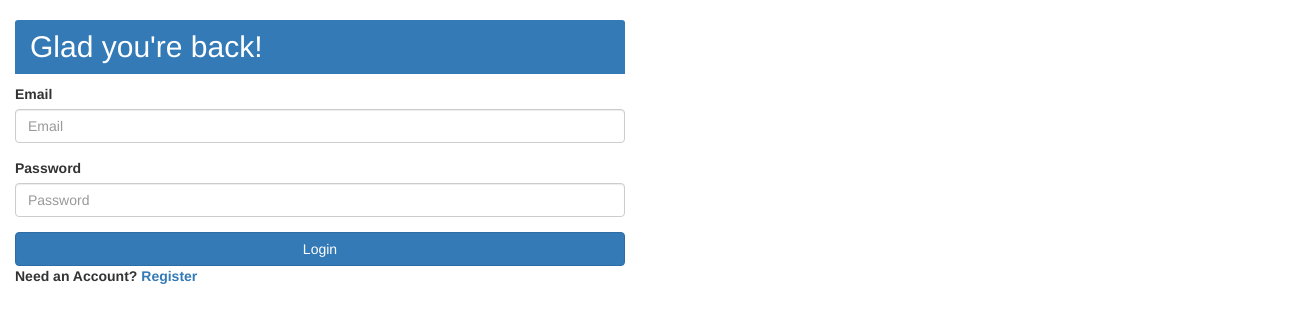
Repository: ronnydoan12345/Doan-ReimbursementProject
Page: org.revature.ERS/src/main/webapp/login.html
An editor plug-in stored every save of this project. The page is shown before and after the next save, followed by the edit.
The browser window is 1280 px wide. The page is 1280 px wide, then 1295 px, then 1280 px, so the pictures cover 1295 px, including what lies to the right of the window. The pictures show the whole page.

Above is the page before, as saved 2019-01-14 22:37:34.

After the next save:
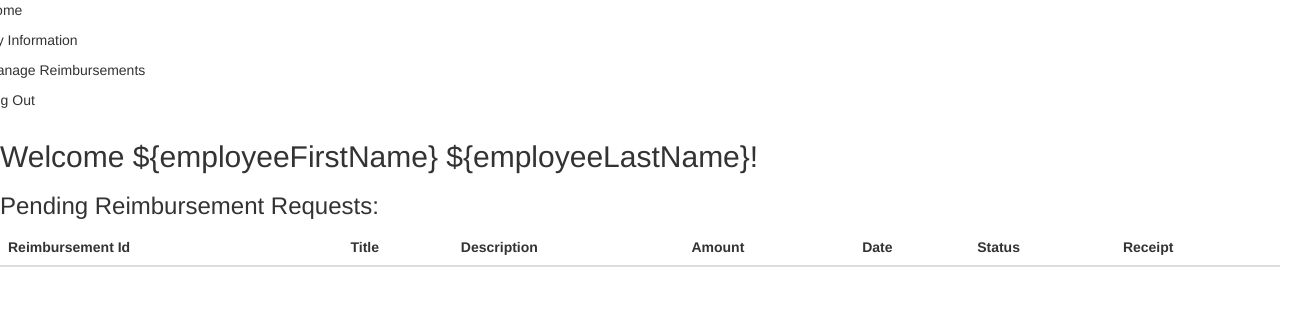
Saved 102 s later.
--- a/org.revature.ERS/src/main/webapp/login.html
+++ b/org.revature.ERS/src/main/webapp/login.html
@@ -15,23 +15,43 @@
 
 
 <body>
-    <div id="container">
-        <form class="col-md-6" id="loginForm" name="loginForm">
-            <div class="panel-primary">
-                <h2 class="loginCenter panel-heading">Glad you're back!</h2>
+    <nav id="employeeNav">
+        <div class="row">
+            <div class="col-md">
+                <p id="employeeHome" onclick="employeeLogin()">Home</p>
             </div>
-            <div class="form-group">
-                <label for="email">Email</label>
-                <input type="text" id="email" name="email" class="form-control" placeholder="Email" />
+            <div class="col-md">
+                <p id="employeeInformation" onclick="employeeManageInformation()">My Information</p>
             </div>
-            <div class="form-group">
-                <label for="password">Password</label>
-                <input type="password" id="password" name="password" class="form-control" placeholder="Password" />
+            <div class="col-md">
+                <p id="employeeReimbursements" onclick="employeeManageReimbursements()">Manage Reimbursements</p>
             </div>
-			<button type="button" id="login" onclick="getLoginData()" class="col-md-12 btn btn-primary">Login</button>
-            <label>Need an Account?<a href="#" onclick="openRegisterForm()"> Register</a></label>
-        </form>
-    </div>
+            <div class="col-md">
+                <p id="logout" onclick="login()">Log Out</p>
+            </div>
+        </div>
+        </nav>
+        <div id="welcomeEmployee">
+            <h2 id="welcomeFirstLast">Welcome ${employeeFirstName} ${employeeLastName}!</h2>
+            <h3 id="pendingReimbursementRequests">Pending Reimbursement Requests:</h3>
+            <div id="pendingRequests">
+            <table class="table" id="pendingReimbursementTable">
+            <thead>
+              <tr>
+                <th scope="col">Reimbursement Id</th>
+                <th scope="col">Title</th>
+                <th scope="col">Description</th>
+                <th scope="col">Amount</th>
+                <th scope="col">Date</th>
+                <th scope="col">Status</th>
+                <th scope="col">Receipt</th>
+              </tr>
+            </thead>
+            <tbody id="pendingReimbursementTableBody">
+            </tbody>
+            </table>
+            </div>
+        </div>
     <script src="./Project1-FrontEnd/javascript/main.js"></script>
 </body>
 

After the save that followed:
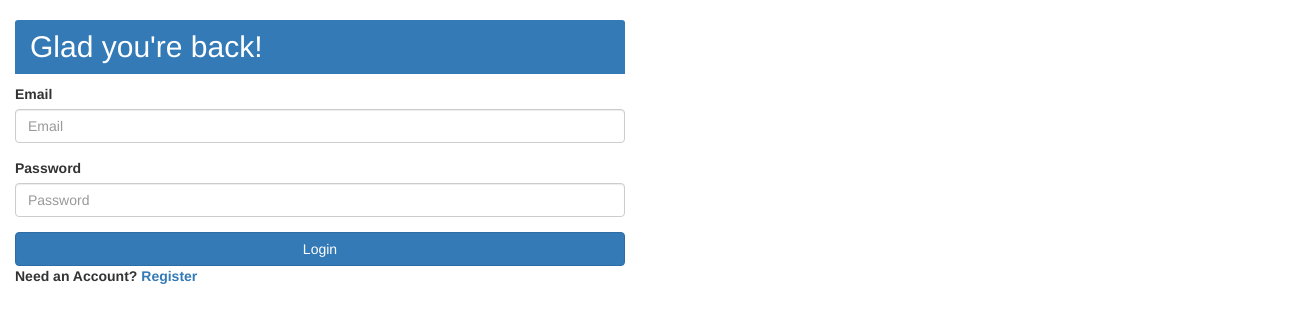
Saved 21 s later.
--- a/org.revature.ERS/src/main/webapp/login.html
+++ b/org.revature.ERS/src/main/webapp/login.html
@@ -15,43 +15,23 @@
 
 
 <body>
-    <nav id="employeeNav">
-        <div class="row">
-            <div class="col-md">
-                <p id="employeeHome" onclick="employeeLogin()">Home</p>
+    <div id="container">
+        <form class="col-md-6" id="loginForm" name="loginForm">
+            <div class="panel-primary">
+                <h2 class="loginCenter panel-heading">Glad you're back!</h2>
             </div>
-            <div class="col-md">
-                <p id="employeeInformation" onclick="employeeManageInformation()">My Information</p>
+            <div class="form-group">
+                <label for="email">Email</label>
+                <input type="text" id="email" name="email" class="form-control" placeholder="Email" />
             </div>
-            <div class="col-md">
-                <p id="employeeReimbursements" onclick="employeeManageReimbursements()">Manage Reimbursements</p>
+            <div class="form-group">
+                <label for="password">Password</label>
+                <input type="password" id="password" name="password" class="form-control" placeholder="Password" />
             </div>
-            <div class="col-md">
-                <p id="logout" onclick="login()">Log Out</p>
-            </div>
-        </div>
-        </nav>
-        <div id="welcomeEmployee">
-            <h2 id="welcomeFirstLast">Welcome ${employeeFirstName} ${employeeLastName}!</h2>
-            <h3 id="pendingReimbursementRequests">Pending Reimbursement Requests:</h3>
-            <div id="pendingRequests">
-            <table class="table" id="pendingReimbursementTable">
-            <thead>
-              <tr>
-                <th scope="col">Reimbursement Id</th>
-                <th scope="col">Title</th>
-                <th scope="col">Description</th>
-                <th scope="col">Amount</th>
-                <th scope="col">Date</th>
-                <th scope="col">Status</th>
-                <th scope="col">Receipt</th>
-              </tr>
-            </thead>
-            <tbody id="pendingReimbursementTableBody">
-            </tbody>
-            </table>
-            </div>
-        </div>
+			<button type="button" id="login" onclick="getLoginData()" class="col-md-12 btn btn-primary">Login</button>
+            <label>Need an Account?<a href="#" onclick="openRegisterForm()"> Register</a></label>
+        </form>
+    </div>
     <script src="./Project1-FrontEnd/javascript/main.js"></script>
 </body>
 
